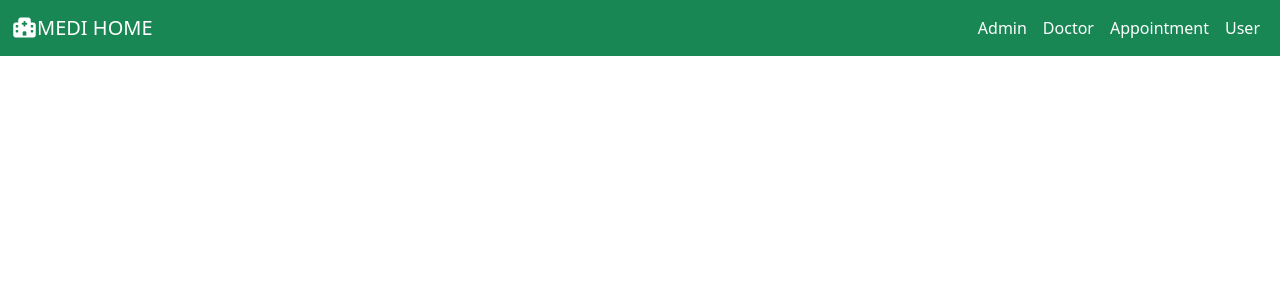
Repository: Anikett-777/app-auth
Page: http://localhost/Hospital_management_System_02/
The author's editor kept a copy of each file at every save. The page is drawn from the files as they stood at one save, then again after the next save.
The browser window is 1280 px wide. The pictures show the whole page.
Some web libraries are served in a nearby version. The page is served by Tomcat 9. Other server files are loaded and not shown.

Above is the page before, as saved 2025-12-03 10:17:20.

### Hospital_management_System_02/src/main/webapp/index.jsp
<%@ page language="java" contentType="text/html; charset=UTF-8"
	pageEncoding="UTF-8"%>
<!DOCTYPE html>
<html>
<head>
<meta charset="UTF-8">
<title>Index Page</title>
<%@ include file="components/allcss.jsp" %>
</head>
<body>
<%@include file="components/navbar.jsp" %>



</body>

</html>

### Hospital_management_System_02/src/main/webapp/components/allcss.jsp
<link
	href="https://cdn.jsdelivr.net/npm/bootstrap@5.3.8/dist/css/bootstrap.min.css"
	rel="stylesheet"
	integrity="sha384-sRIl4kxILFvY47J16cr9ZwB07vP4J8+LH7qKQnuqkuIAvNWLzeN8tE5YBujZqJLB"
	crossorigin="anonymous">

<link rel="stylesheet"
	href="https://cdnjs.cloudflare.com/ajax/libs/font-awesome/7.0.1/css/all.min.css"
	integrity="sha512-2SwdPD6INVrV/lHTZbO2nodKhrnDdJK9/kg2XD1r9uGqPo1cUbujc+IYdlYdEErWNu69gVcYgdxlmVmzTWnetw=="
	crossorigin="anonymous" referrerpolicy="no-referrer" />

	<script
		src="https://cdn.jsdelivr.net/npm/bootstrap@5.3.8/dist/js/bootstrap.bundle.min.js"
		integrity="sha384-FKyoEForCGlyvwx9Hj09JcYn3nv7wiPVlz7YYwJrWVcXK/BmnVDxM+D2scQbITxI"
		crossorigin="anonymous"></script>

### Hospital_management_System_02/src/main/webapp/components/navbar.jsp
<nav class="navbar navbar-expand-lg navbar-dark bg-success">
	<div class="container-fluid">
		<a class="navbar-brand" href="#"><i class="fa-solid fa-hospital"></i>MEDI HOME</a>
		<button class="navbar-toggler" type="button" data-bs-toggle="collapse"
			data-bs-target="#navbarSupportedContent"
			aria-controls="navbarSupportedContent" aria-expanded="false"
			aria-label="Toggle navigation">
			<span class="navbar-toggler-icon"></span>
		</button>
		<div class="collapse navbar-collapse" id="navbarSupportedContent">
			<ul class="navbar-nav ms-auto mb-2 mb-lg-0">
				<li class="nav-item"><a class="nav-link active"
					aria-current="page" href="#">Admin</a></li>
				<li class="nav-item"><a class="nav-link active"
					aria-current="page" href="#">Doctor</a></li>
				<li class="nav-item"><a class="nav-link active"
					aria-current="page" href="#">Appointment</a></li>
					<li class="nav-item"><a class="nav-link active"
					aria-current="page" href="#">User</a></li>

				<!--    <li class="nav-item dropdown">
          <a class="nav-link dropdown-toggle" href="#" role="button" data-bs-toggle="dropdown" aria-expanded="false">
            Dropdown
          </a>
          <ul class="dropdown-menu">
            <li><a class="dropdown-item" href="#">Action</a></li>
            <li><a class="dropdown-item" href="#">Another action</a></li>
            <li><hr class="dropdown-divider"></li>
            <li><a class="dropdown-item" href="#">Something else here</a></li>
          </ul>
        </li> -->


			</ul>
		</div>
	</div>
</nav>

After the next save:
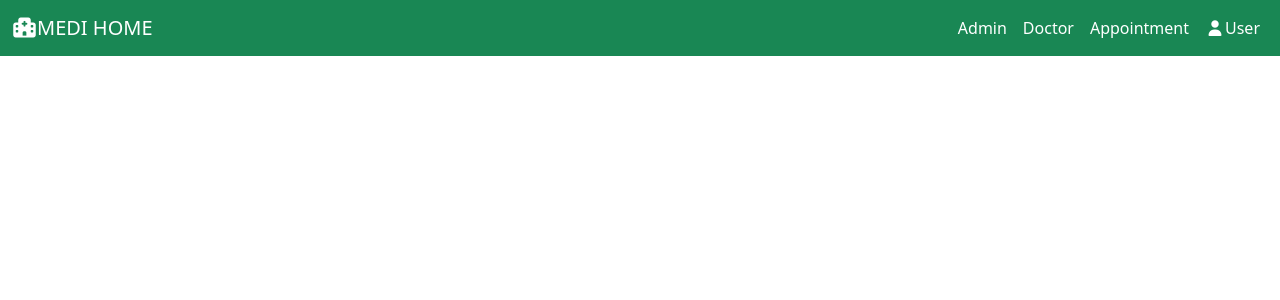
Saved 29 s later.
--- a/Hospital_management_System_02/src/main/webapp/components/navbar.jsp
+++ b/Hospital_management_System_02/src/main/webapp/components/navbar.jsp
@@ -16,7 +16,7 @@
 				<li class="nav-item"><a class="nav-link active"
 					aria-current="page" href="#">Appointment</a></li>
 					<li class="nav-item"><a class="nav-link active"
-					aria-current="page" href="#">User</a></li>
+					aria-current="page" href="#"><i class="fa-solid fa-user"></i>User</a></li>
 
 				<!--    <li class="nav-item dropdown">
           <a class="nav-link dropdown-toggle" href="#" role="button" data-bs-toggle="dropdown" aria-expanded="false">
